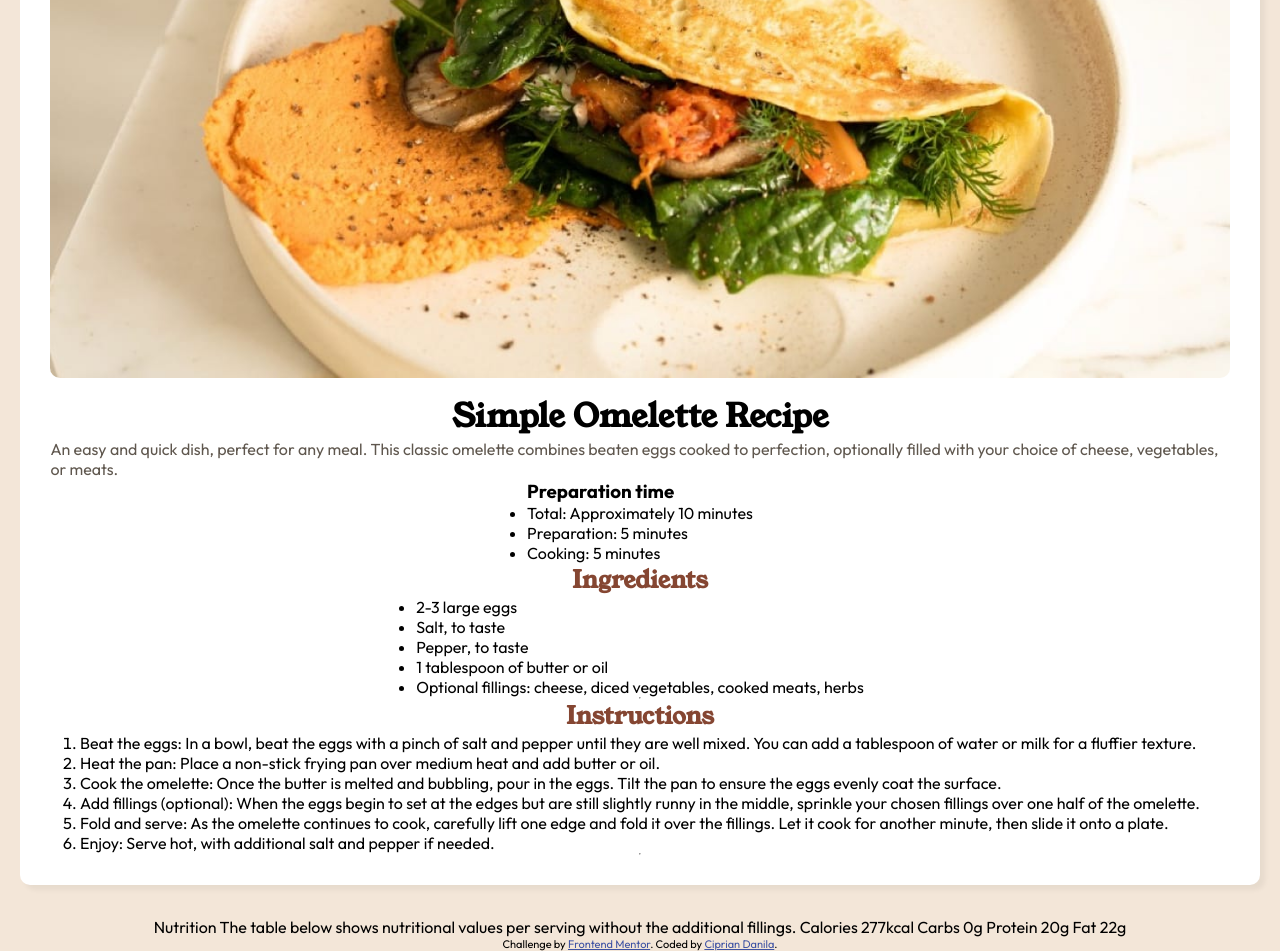
Repository: cipdanila/recipe-page
Page: index.html
These files come from the project's save history. The page is drawn as it stood at one moment and after the next save; the edit follows.
The browser window is 1280 px wide. The pictures show the whole page.

Above is the page before, as saved 2024-01-21 16:28:20.

### index.html
<!DOCTYPE html>
<html lang="en">
<head>
  <meta charset="UTF-8">
  <meta name="viewport" content="width=device-width, initial-scale=1.0"> <!-- displays site properly based on user's device -->

  <link rel="icon" type="image/png" sizes="32x32" href="./assets/images/favicon-32x32.png">
  <link rel="stylesheet" href="styles.css">

  <title>Frontend Mentor | Recipe page</title>

</head>
<body>
  <main>
    <div class="container">
      <img src="./assets/images//image-omelette.jpeg" alt="image-omlette">
      <h1>Simple Omelette Recipe</h1>
      <p>
        An easy and quick dish, perfect for any meal. This classic omelette combines beaten eggs cooked
        to perfection, optionally filled with your choice of cheese, vegetables, or meats.
      </p>
      <div class="prep-container">
        <h3>Preparation time</h3>
        <ul>
          <li>Total: Approximately 10 minutes</li>
          <li>Preparation: 5 minutes</li>
          <li>Cooking: 5 minutes</li>
        </ul>
      </div>
      <h2>Ingredients</h2>
      <ul>
        <li>2-3 large eggs</li>
        <li>Salt, to taste</li>
        <li>Pepper, to taste</li>
        <li>1 tablespoon of butter or oil</li>
        <li>Optional fillings: cheese, diced vegetables, cooked meats, herbs</li>
      </ul>
      <hr>
      <h2>Instructions</h2>
      <ol>
        <li>Beat the eggs: In a bowl, beat the eggs with a pinch of salt and pepper until they are well mixed.
          You can add a tablespoon of water or milk for a fluffier texture.</li>
        <li>Heat the pan: Place a non-stick frying pan over medium heat and add butter or oil.</li>
        <li>Cook the omelette: Once the butter is melted and bubbling, pour in the eggs. Tilt the pan to ensure
          the eggs evenly coat the surface.</li>
        <li>Add fillings (optional): When the eggs begin to set at the edges but are still slightly runny in the
          middle, sprinkle your chosen fillings over one half of the omelette.</li>
        <li>Fold and serve: As the omelette continues to cook, carefully lift one edge and fold it over the
          fillings. Let it cook for another minute, then slide it onto a plate.</li>
        <li>Enjoy: Serve hot, with additional salt and pepper if needed.</li>
      </ol>
      <hr>
    </div>
  </main>

  Nutrition

  The table below shows nutritional values per serving without the additional fillings.

  Calories
  277kcal

  Carbs
  0g

  Protein
  20g

  Fat
  22g
  <footer>
    <div class="attribution">
      Challenge by <a href="https://www.frontendmentor.io?ref=challenge" target="_blank" rel="noopener">Frontend Mentor</a>.
      Coded by <a href="https://github.com/cipdanila" target="_blank" rel="noopener noreferrer">Ciprian Danila</a>.
    </div>
  </footer>
</body>
</html>

### styles.css
@import url("https://fonts.googleapis.com/css2?family=Outfit:wght@400;600;700&family=Young+Serif&display=swap");

* {
    margin: 0;
    padding: 0;
    box-sizing: border-box;
}

:root {
    /* Primary Colors */
    --nutmeg: hsl(14, 45%, 36%);            /* h2 */
    --dark-raspberry: hsl(332, 51%, 32%);   /* h3 */
    /* Neutral Colors */
    --white: hsl(0, 0%, 100%);              /* main container */
    --rose-white: hsl(330, 100%, 98%);      /* second container */
    --eggshell: hsl(30, 54%, 90%);          /* body */
    --light-grey: hsl(30, 18%, 87%);        /* shadow */
    --wenge-brown: hsl(30, 10%, 34%);       /* regular font */
    --dark-charcoal: hsl(24, 5%, 18%);      /* bold font */
    /* Fonts */
    --font-heads: 'Young Serif', sans-serif;
    --font-body: 'Outfit', sans-serif;
}

body {
    font-family: var(--font-body);
    font-size: 16px;
    background-color: var(--eggshell);
    display: flex;
    flex-direction: column;
    align-items: center;
    justify-content: center;
    height: calc(100vh - 1px);
    margin: 1.25rem;
}

img {
    max-width: 100%;
}

h1, h2 {
    font-family: var(--font-heads);
}

h2 {
    color: var(--nutmeg);
}

p {
    color: var(--wenge-brown);
}

.container {
    background-color: var(--white);
    padding: 1.90rem;
    border-radius: 0.625rem;
    box-shadow: 5px 5px 5px rgba(0, 0, 0, 0.05);
    display: flex;
    flex-direction: column;
    align-items: center;
    margin-bottom: 2rem;
}

.container img {
    border-radius: 0.625rem;
    margin-bottom: 1rem;
}

.attribution {
    font-size: 11px;
    text-align: center;
}

.attribution a {
    color: hsl(228, 45%, 44%);
}

@media (min-width: 375px) {
/**/
}

After the next save:
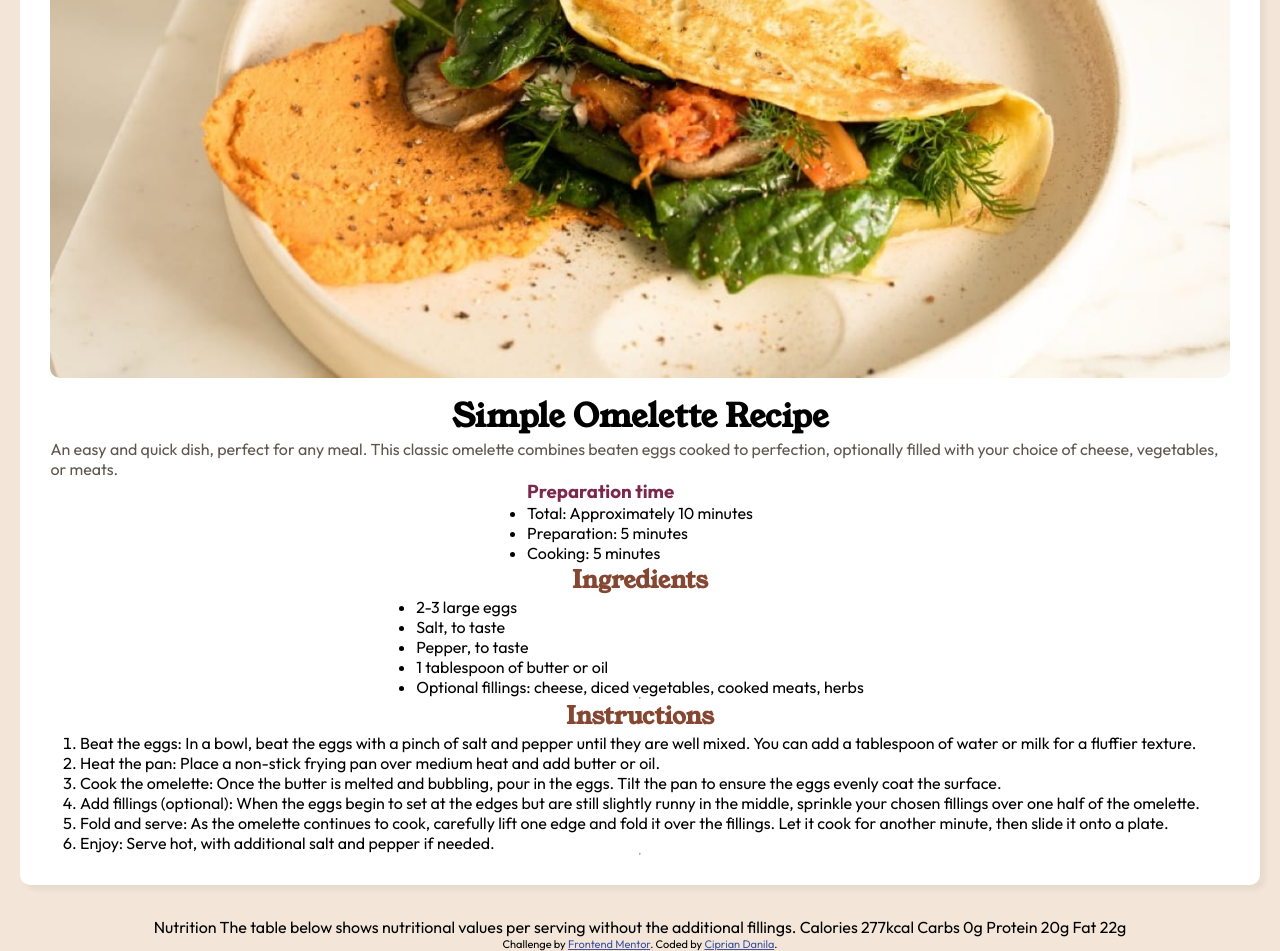
Saved 2 min 38 s later.
--- a/styles.css
+++ b/styles.css
@@ -46,6 +46,11 @@
     color: var(--nutmeg);
 }
 
+h3 {
+    font-family: var(--font-body);
+    color: var(--dark-raspberry);
+}
+
 p {
     color: var(--wenge-brown);
 }
